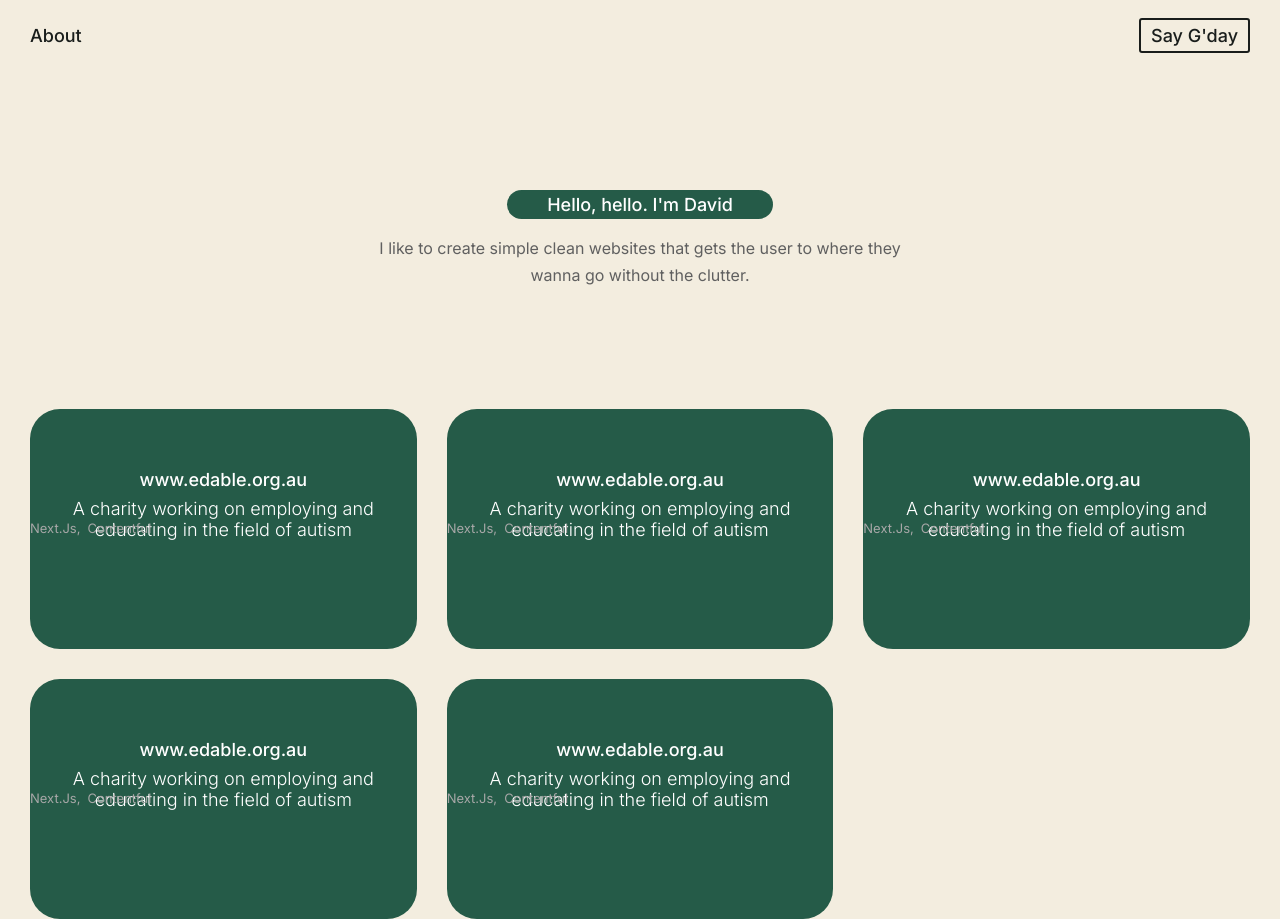
Repository: David-Waite/David-Waite-Portfolio
Page: /
These files come from the project's save history. The page is drawn as it stood at one moment and after the next save; the edit follows.
The browser window is 1280 px wide. The pictures show the whole page.
The project was rebuilt for these pictures with package versions that can differ from the ones it lists, and the page was loaded fresh each time. The framework's server and built-in components were replaced by stand-ins that run in the browser. Also part of the build but not shown: next.config.js.

Above is the page before, as saved 2023-07-26 13:04:36.

After the next save:
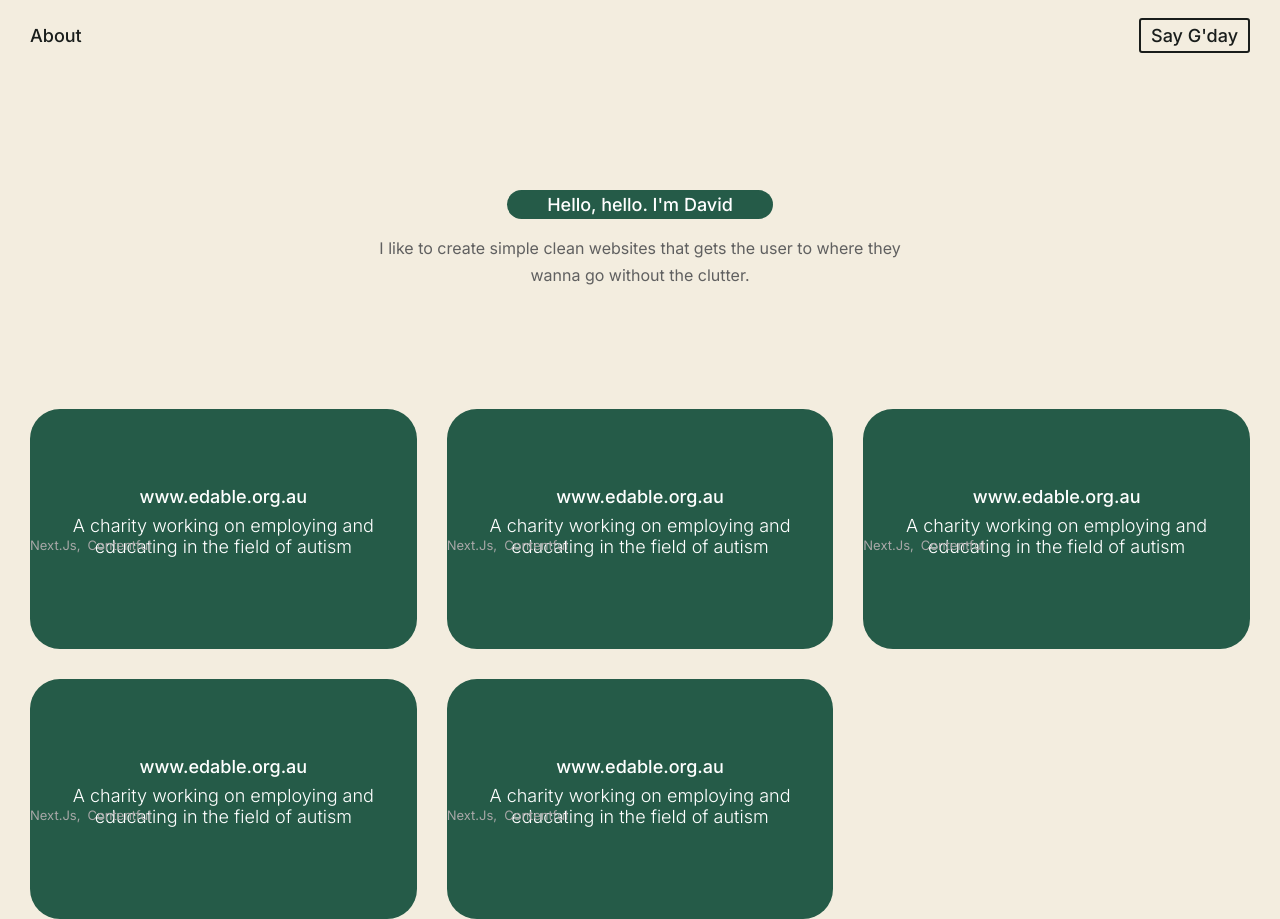
Saved 14 s later.
--- a/app/components/Nav/Home/Projects/Projects.tsx
+++ b/app/components/Nav/Home/Projects/Projects.tsx
@@ -70,7 +70,7 @@ export default function About() {
         style={{ textDecoration: "none" }}
       >
         <div className={styles.projectsCard}>
-          <div className={styles.projectImageContainer}>
+          <div className={styles.projectContainer}>
             <div className={styles.projectInfo}>
               <Image
                 className={styles.projectImages}

After the save that followed:
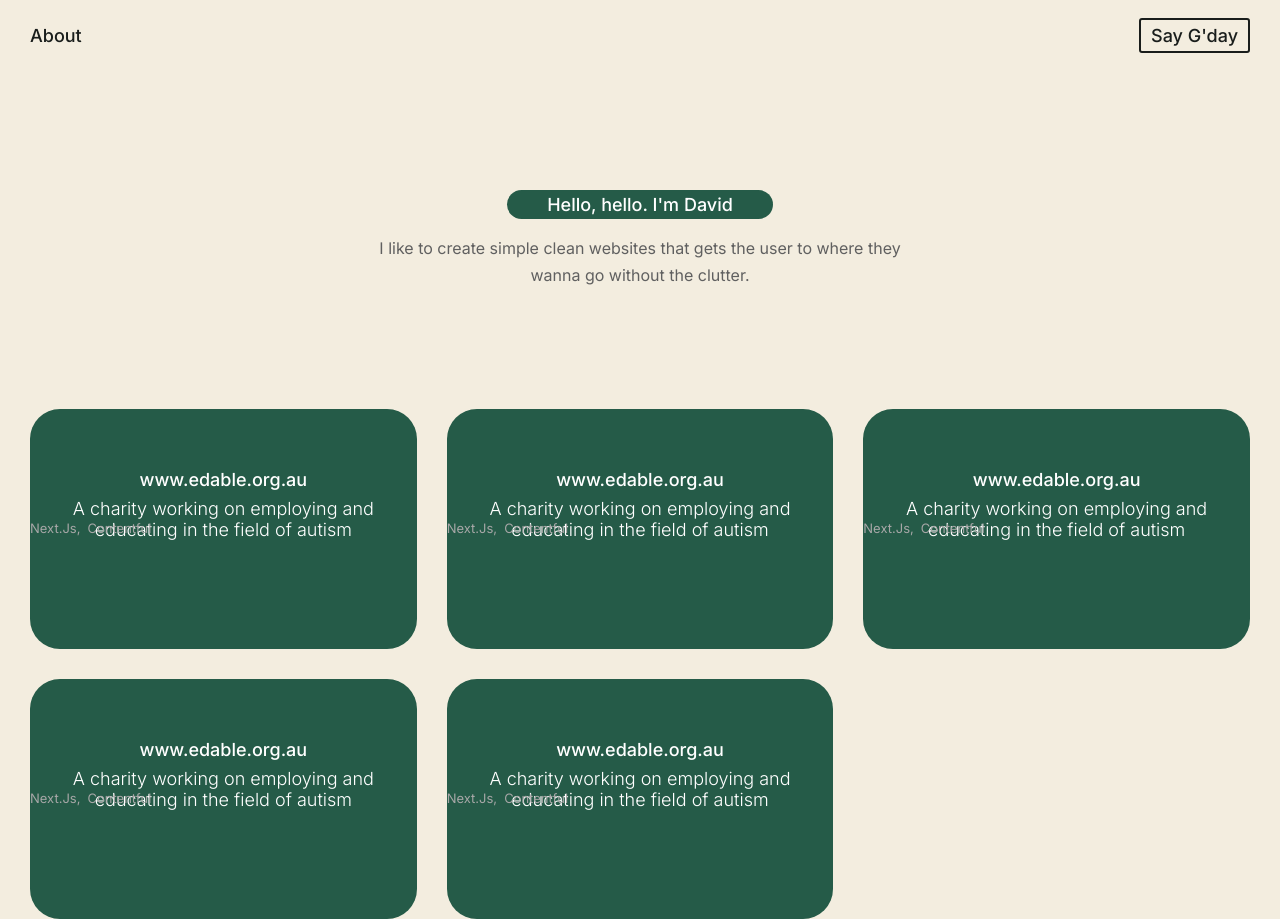
Saved 9 s later.
--- a/app/components/Nav/Home/Projects/projects.module.css
+++ b/app/components/Nav/Home/Projects/projects.module.css
@@ -41,7 +41,7 @@
   justify-content: center;
 }
 
-.projectImageContainer {
+.projectContainer {
   position: relative;
   height: calc(100% - 120px);
   width: calc(100%);
